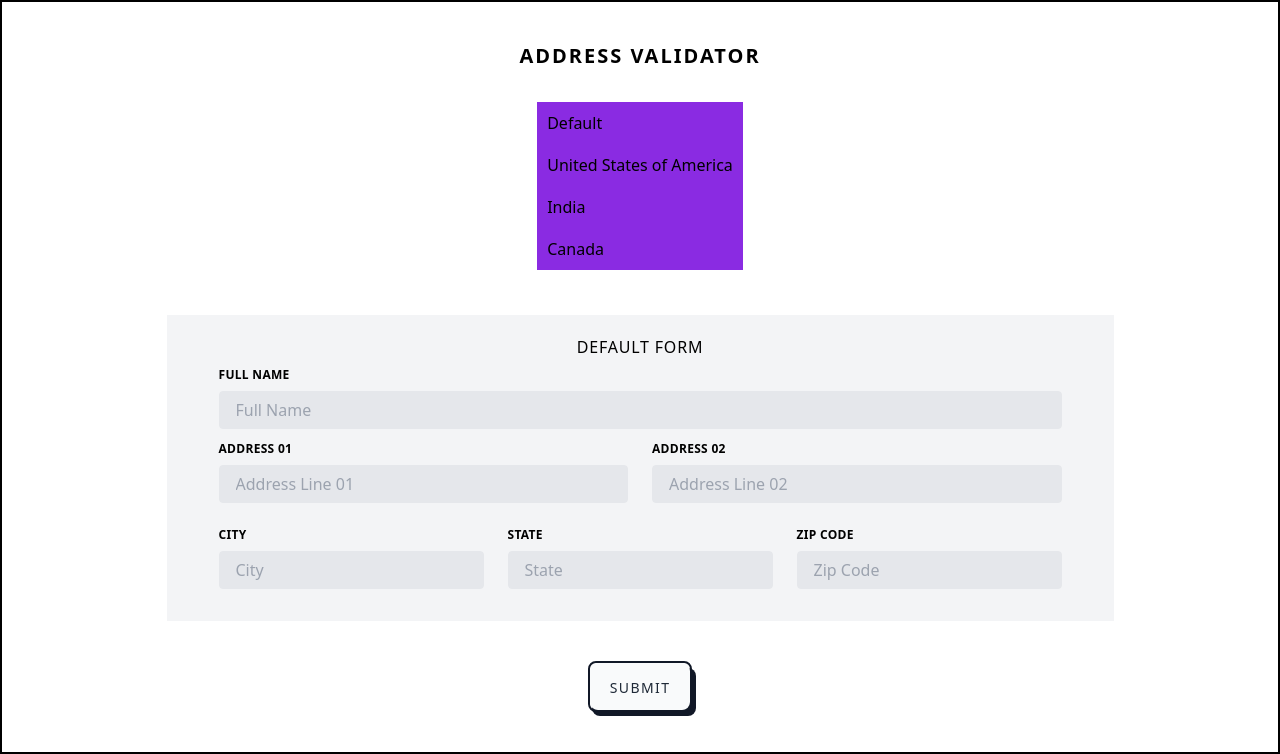
Repository: jay-singhvi/SWArchDesign_TeamProject
Page: / (app in frontend/address-validation/)
An editor plug-in stored every save of this project. The page is shown before and after the next save, followed by the edit.
The browser window is 1280 px wide. The pictures show the whole page.
The project was rebuilt for these pictures with package versions that can differ from the ones it lists, and the page was loaded fresh each time. Also part of the build but not shown: frontend/address-validation/src/App.css.

Above is the page before, as saved 2023-03-07 18:15:55.

After the next save:
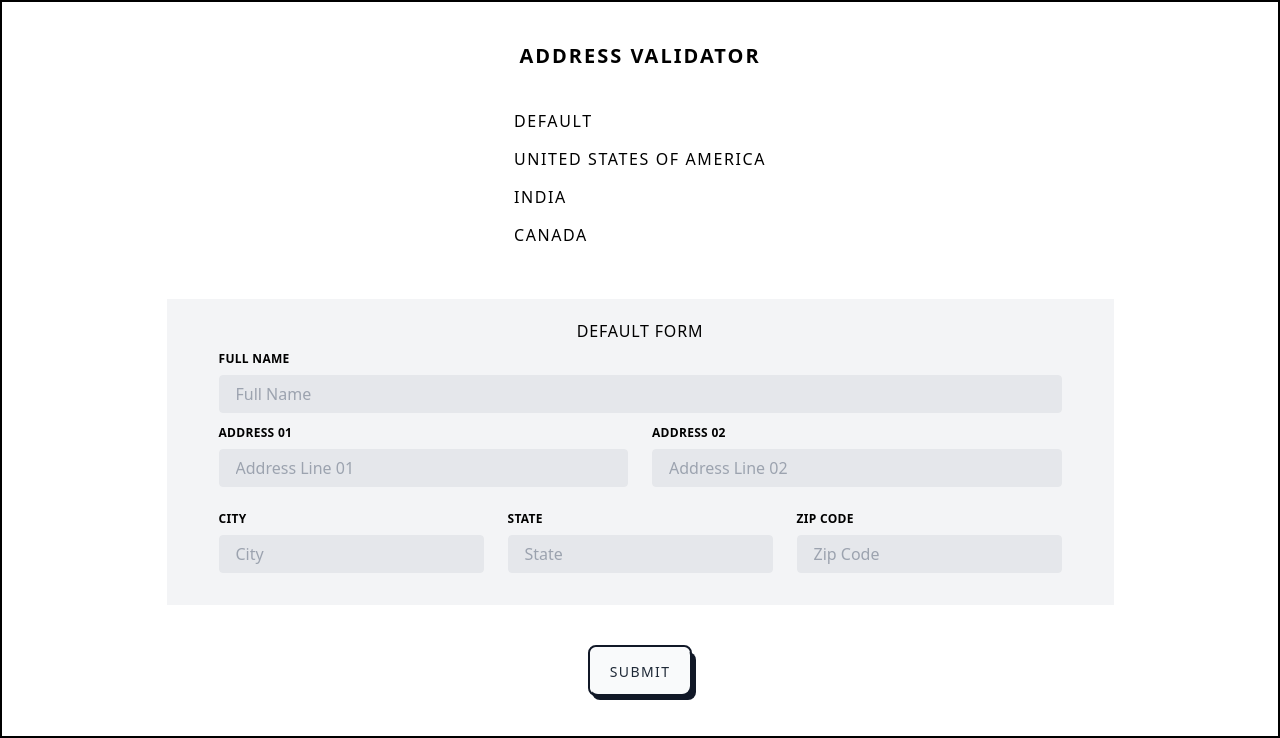
Saved 17 s later.
--- a/frontend/address-validation/src/App.js
+++ b/frontend/address-validation/src/App.js
@@ -164,8 +164,8 @@ function App() {
           >
             {countries.map((country) => (
               <option
-              style={{cursor:"pointer", padding:10, backgroundColor:"blueviolet"}}
-              // className=" cursor-pointer uppercase tracking-widest p-2 hover:bg-gray-300"
+              // style={{cursor:"pointer", padding:10}}
+              className=" cursor-pointer uppercase tracking-widest p-2 hover:bg-gray-300"
                 key={country.name}
                 value={country.name}
               >
